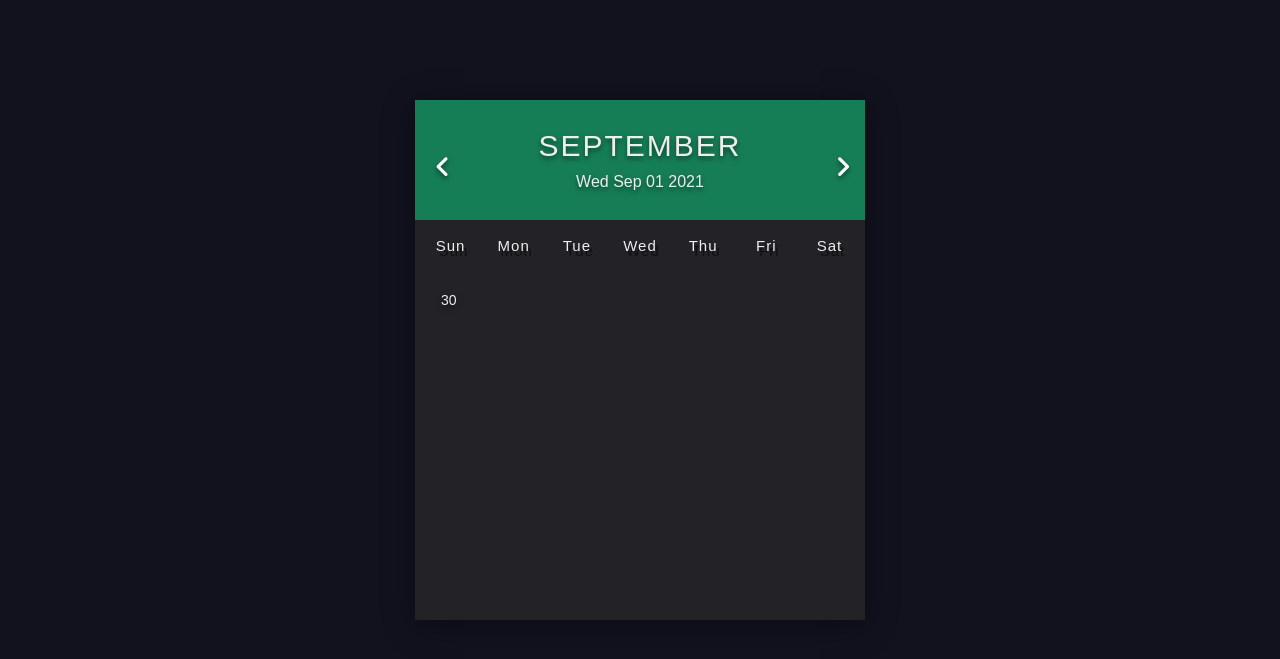
Repository: dboinska/calendar
Page: index.html
These files come from the project's save history. The page is drawn as it stood at one moment and after the next save; the edit follows.
The browser window is 1280 px wide. The pictures show the whole page.
Some web libraries are served in a nearby version.

Above is the page before, as saved 2021-09-06 06:14:32.

After the next save:
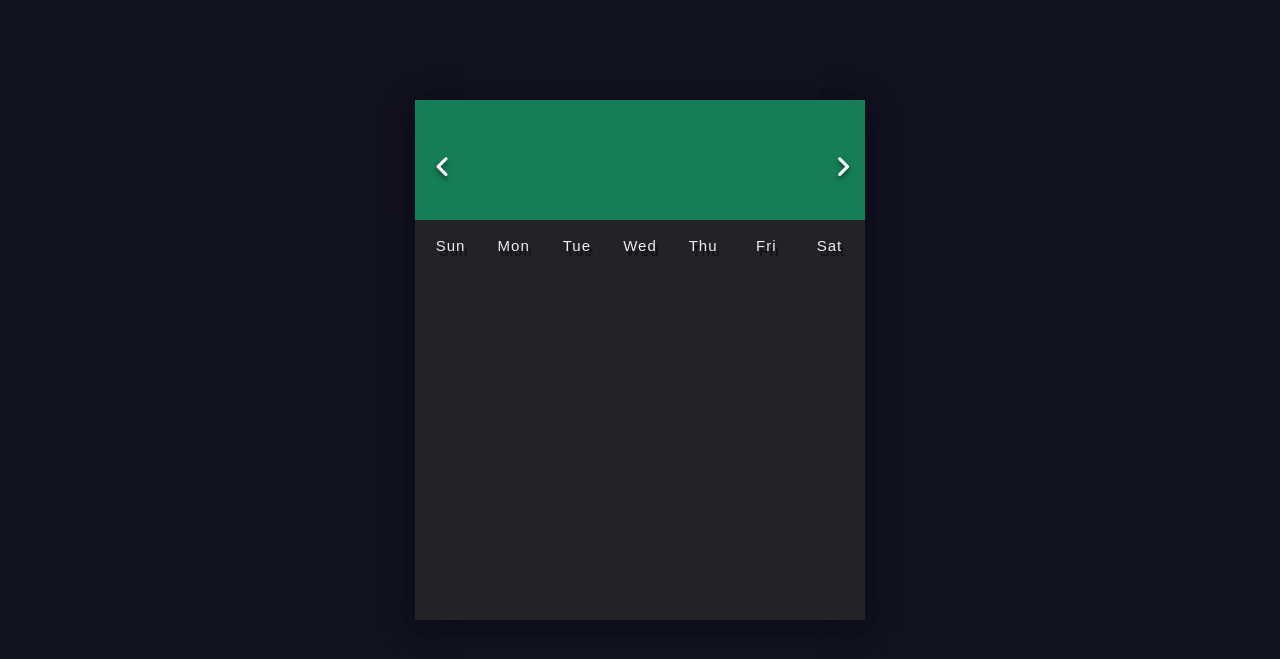
Console error: SyntaxError: Invalid or unexpected token
Saved 2 min 5 s later.
--- a/script.js
+++ b/script.js
@@ -10,6 +10,8 @@
 const lastDayIndex = new Date(date.getFullYear(), date.getMonth(), 0).getDay();
 console.log(lastDayIndex);
 console.log(lastDay);
+
+const nextDays = 7-lastDayIndex - 1;
 const months = [
   "January",
   "February",
@@ -36,5 +38,10 @@
 }
 for (let i = 1; i <= lastDay; i++) {
   days += `<div>${i}</div>`;
+  monthDays.innerHTML = days;
 }
-monthDays.innerHTML = days;
+
+for(let j = 1l j<=nextDaysl j++){
+    days+=`<div class="next-date`>${j}</div>
+    monthDays.innerHTML = days;
+}

After the save that followed:
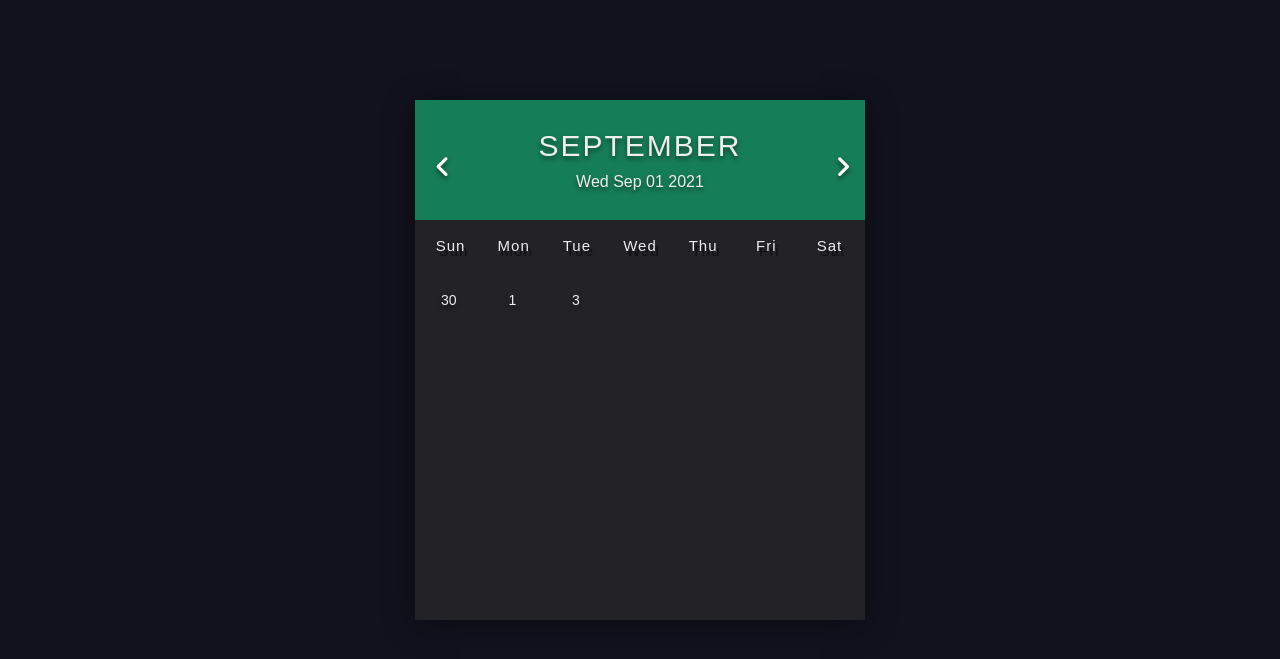
The error is gone.
Saved 31 s later.
--- a/script.js
+++ b/script.js
@@ -11,7 +11,7 @@
 console.log(lastDayIndex);
 console.log(lastDay);
 
-const nextDays = 7-lastDayIndex - 1;
+const nextDays = 7 - lastDayIndex - 1;
 const months = [
   "January",
   "February",
@@ -41,7 +41,7 @@
   monthDays.innerHTML = days;
 }
 
-for(let j = 1l j<=nextDaysl j++){
-    days+=`<div class="next-date`>${j}</div>
-    monthDays.innerHTML = days;
+for (let j = 1; j <= nextDays; j++) {
+  days += `<div class="next-date>${j}</div>`;
+  monthDays.innerHTML = days;
 }
